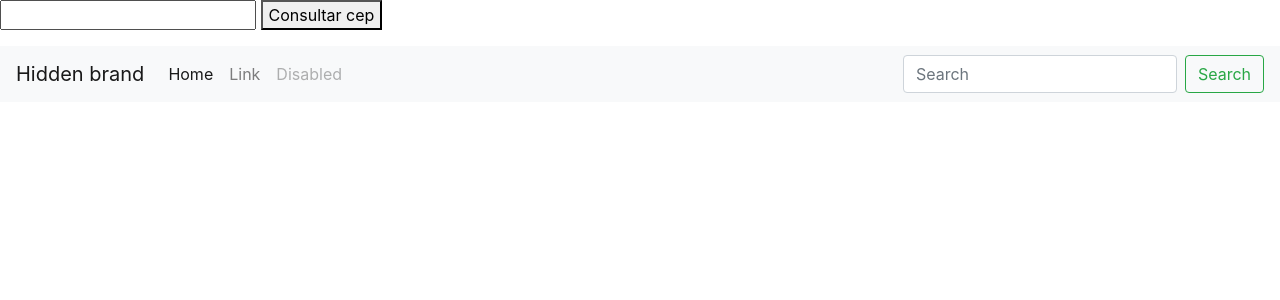
Repository: DaniloBaracho/jquery
Page: index.html
These files come from the project's save history. The page is drawn as it stood at one moment and after the next save; the edit follows.
The browser window is 1280 px wide. The pictures show the whole page.

Above is the page before, as saved 2020-06-19 17:41:19.

### index.html
<!DOCTYPE html>
<html lang="pt-br">
    <head>
        <meta charset="utf-8"/>
        <title>
            Página AJAX
        </title>
        <script type="text/javascript" src="js/jquery-3.5.1.min.js"></script>
        <script type="text/javascript" src="js/main.js"></script>
        <link rel="stylesheet" type="text/css" href="bootstrap/css/bootstrap.min.css">
    </head>
    <body>
        <input id="cep">
        <button type="button" onclick="ConsultaCep()">Consultar cep</button>
        <p id="logradouro"></p>
        <p id="bairro"></p>
        <p id="uf"></p>
        <p id="localidade"></p>
        <nav class="navbar navbar-expand-lg navbar-light bg-light">
            <button class="navbar-toggler" type="button" data-toggle="collapse" data-target="#navbarTogglerDemo01" aria-controls="navbarTogglerDemo01" aria-expanded="false" aria-label="Toggle navigation">
              <span class="navbar-toggler-icon"></span>
            </button>
            <div class="collapse navbar-collapse" id="navbarTogglerDemo01">
              <a class="navbar-brand" href="#">Hidden brand</a>
              <ul class="navbar-nav mr-auto mt-2 mt-lg-0">
                <li class="nav-item active">
                  <a class="nav-link" href="#">Home <span class="sr-only">(current)</span></a>
                </li>
                <li class="nav-item">
                  <a class="nav-link" href="#">Link</a>
                </li>
                <li class="nav-item">
                  <a class="nav-link disabled" href="#" tabindex="-1" aria-disabled="true">Disabled</a>
                </li>
              </ul>
              <form class="form-inline my-2 my-lg-0">
                <input class="form-control mr-sm-2" type="search" placeholder="Search" aria-label="Search">
                <button class="btn btn-outline-success my-2 my-sm-0" type="submit">Search</button>
              </form>
            </div>
          </nav>
    </body>
</html>

### js/main.js
//alert("funcionou");
function ConsultaCep(){
    var cep= document.getElementById("cep").value
    $.ajax({
        url:"https://viacep.com.br/ws/"+cep+"/json/",
        type: GET,
        success: function(response){
            console.log(response);
            //alert(response.logradouro);
            $("#logradouro").html(response.logradouro);
            //document.getElementById("logradouro").innerHTML = response.logradouro;
            document.getElementById("bairro").innerHTML = response.bairro;
            document.getElementById("uf").innerHTML = response.uf;
            document.getElementById("localidade").innerHTML = response.localidade;
        }
    })
}

Loaded but not shown: js/jquery-3.5.1.min.js (library); bootstrap/css/bootstrap.min.css (library)

After the next save:
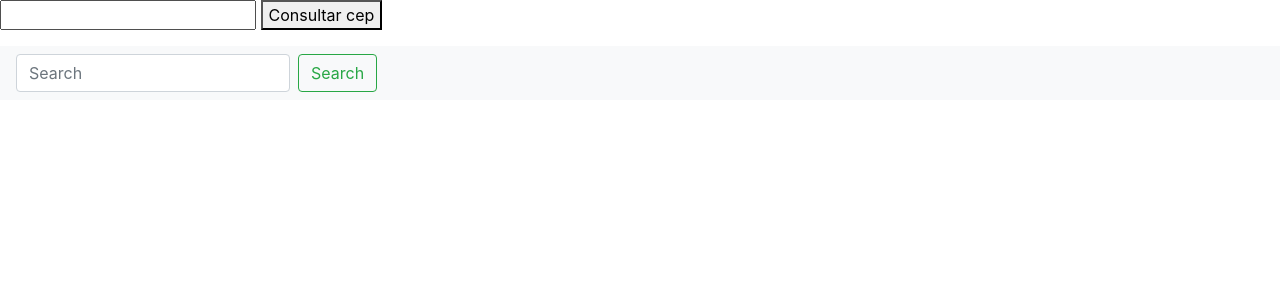
Saved 65 s later.
--- a/index.html
+++ b/index.html
@@ -17,27 +17,12 @@
         <p id="uf"></p>
         <p id="localidade"></p>
         <nav class="navbar navbar-expand-lg navbar-light bg-light">
-            <button class="navbar-toggler" type="button" data-toggle="collapse" data-target="#navbarTogglerDemo01" aria-controls="navbarTogglerDemo01" aria-expanded="false" aria-label="Toggle navigation">
-              <span class="navbar-toggler-icon"></span>
-            </button>
-            <div class="collapse navbar-collapse" id="navbarTogglerDemo01">
-              <a class="navbar-brand" href="#">Hidden brand</a>
-              <ul class="navbar-nav mr-auto mt-2 mt-lg-0">
-                <li class="nav-item active">
-                  <a class="nav-link" href="#">Home <span class="sr-only">(current)</span></a>
-                </li>
-                <li class="nav-item">
-                  <a class="nav-link" href="#">Link</a>
-                </li>
-                <li class="nav-item">
-                  <a class="nav-link disabled" href="#" tabindex="-1" aria-disabled="true">Disabled</a>
-                </li>
-              </ul>
+
               <form class="form-inline my-2 my-lg-0">
                 <input class="form-control mr-sm-2" type="search" placeholder="Search" aria-label="Search">
                 <button class="btn btn-outline-success my-2 my-sm-0" type="submit">Search</button>
               </form>
-            </div>
+
           </nav>
     </body>
 </html>
